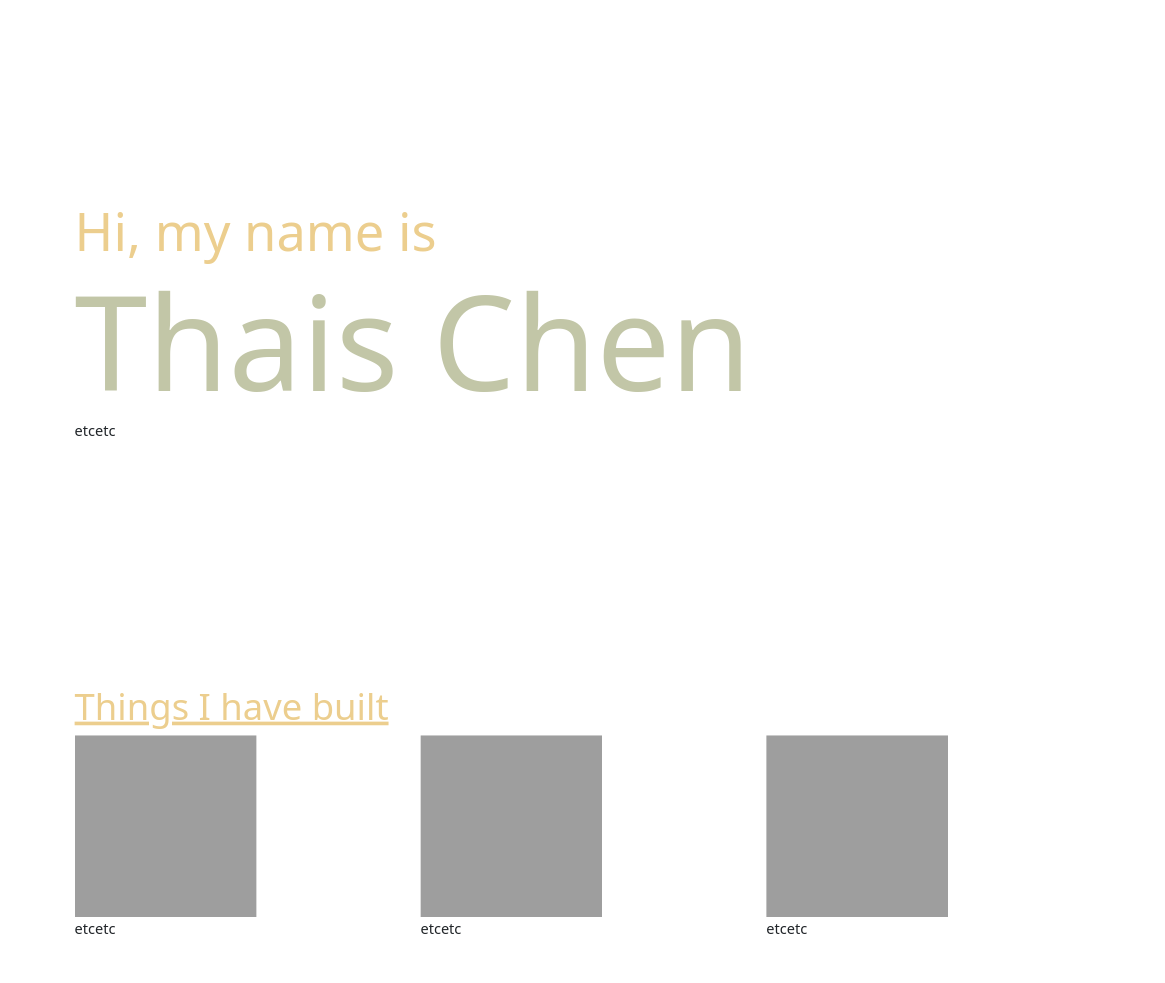
Repository: thais-chen/Portfolio
Page: index.html
An editor plug-in stored every save of this project. The page is shown before and after a run of saves, followed by the edit.
The browser window is 1280 px wide. The pictures show the whole page, at 91% of full size.
Pictures or frames that could not be fetched are drawn as grey boxes.

Above is the page before, as saved 2022-06-17 19:26:48.

### index.html
<!DOCTYPE html>
<html lang="en">
  <head>
    <meta charset="UTF-8">
    <meta name="viewport" content="width=device-width, initial-scale=1.0">
    <meta http-equiv="X-UA-Compatible" content="ie=edge">
    <title>Thais Chen</title>
    <!-- CSS only -->
<link href="https://cdn.jsdelivr.net/npm/bootstrap@5.2.0-beta1/dist/css/bootstrap.min.css" rel="stylesheet"
    integrity="sha384-0evHe/X+R7YkIZDRvuzKMRqM+OrBnVFBL6DOitfPri4tjfHxaWutUpFmBp4vmVor" crossorigin="anonymous">
<link rel="stylesheet" href="./style.css">
  </head>
  <body>
  <!--   <header>
        <nav class="navbar">
            <ul>
                <li class="nav-icon"><a href="#contact" > Contact</a></li>
                <li><a href="#about"> About</a> </li>
                <li><a href="#projects"> Projects</a></li>
                <li style="float:left"><a href="#"> Homepage </a> </li>
            </ul>
        </nav>
    </header> -->
    <main>
        <div class="container">
        <section id="intro" class="row align-items-center">
            <div class="col">
                <h3>Hi, my name is </h3>
                <h1>Thais Chen</h1>
                <p>etcetc</p>
            </div>

        </section>
        <section id="projects" class="row">
            <h3> Things I have built </h3>


                    <div class="col">
                        <img src="https://picsum.photos/200">
                        <p>
                            etcetc
                        </p>

                    </div>
                    <div class="col">
                        <img src="https://picsum.photos/200">
                        <p>
                            etcetc
                        </p>
                    </div>
                    <div class="col">
                        <img src="https://picsum.photos/200">
                        <p>
                            etcetc
                        </p>
                    </div>


        </section>
        <section id="about">

        </section>
        <section id="contact">

        </section>
    </div>
    </main>
    <!-- JavaScript Bundle with Popper -->
    <script src="https://cdn.jsdelivr.net/npm/bootstrap@5.2.0-beta1/dist/js/bootstrap.bundle.min.js" integrity="sha384-pprn3073KE6tl6bjs2QrFaJGz5/SUsLqktiwsUTF55Jfv3qYSDhgCecCxMW52nD2" crossorigin="anonymous"></script>
	<script src="script.js"></script>
  </body>
</html>

### style.css
section{
    margin: 2rem;
}
/*navbar*/
.navbar{
    display: block;
}
.navbar ul {
    list-style: none;
    padding: 0;
    margin: 0;
  }
  .navbar li {
    float: right;
  }
  .navbar li a {
    display: inline-block;
    text-align: center;
    color: #C2C6A7;
    padding: 14px 16px;
    font-size: larger;

}
/* introduction*/
#intro{
    min-height: 100vh;
}
#intro h3{
    color: #ECCE8E;
    font-size: 8vh;
    margin-bottom: 0;
    font-weight: 100;
}
#intro h1{
    color: #C2C6A7;
    font-size: 20vh;
    margin: 0;
}
/* projects */
#projects{

}
#projects h3{
    color:#ECCE8E;
    font-size: 2.5rem;
    text-decoration: underline;


}

Loaded but not shown: script.js (no copy from this time; the picture is the same without it)

After the next 2 saves:
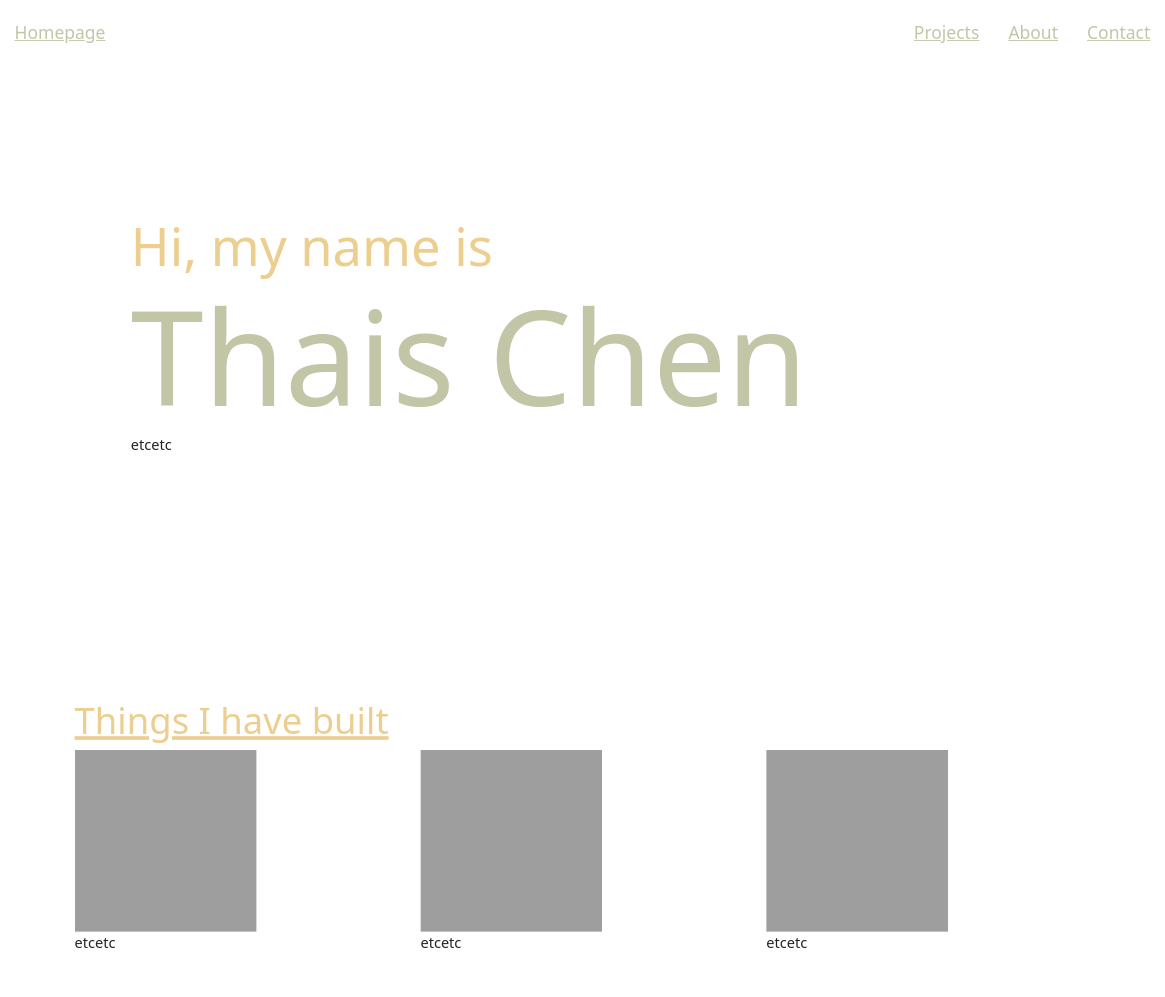
The 2 saves are shown as one change because they came seconds apart.
The last was saved 9 s later.
--- a/index.html
+++ b/index.html
@@ -11,7 +11,7 @@
 <link rel="stylesheet" href="./style.css">
   </head>
   <body>
-  <!--   <header>
+    <header>
         <nav class="navbar">
             <ul>
                 <li class="nav-icon"><a href="#contact" > Contact</a></li>
@@ -20,7 +20,7 @@
                 <li style="float:left"><a href="#"> Homepage </a> </li>
             </ul>
         </nav>
-    </header> -->
+    </header>
     <main>
         <div class="container">
         <section id="intro" class="row align-items-center">
